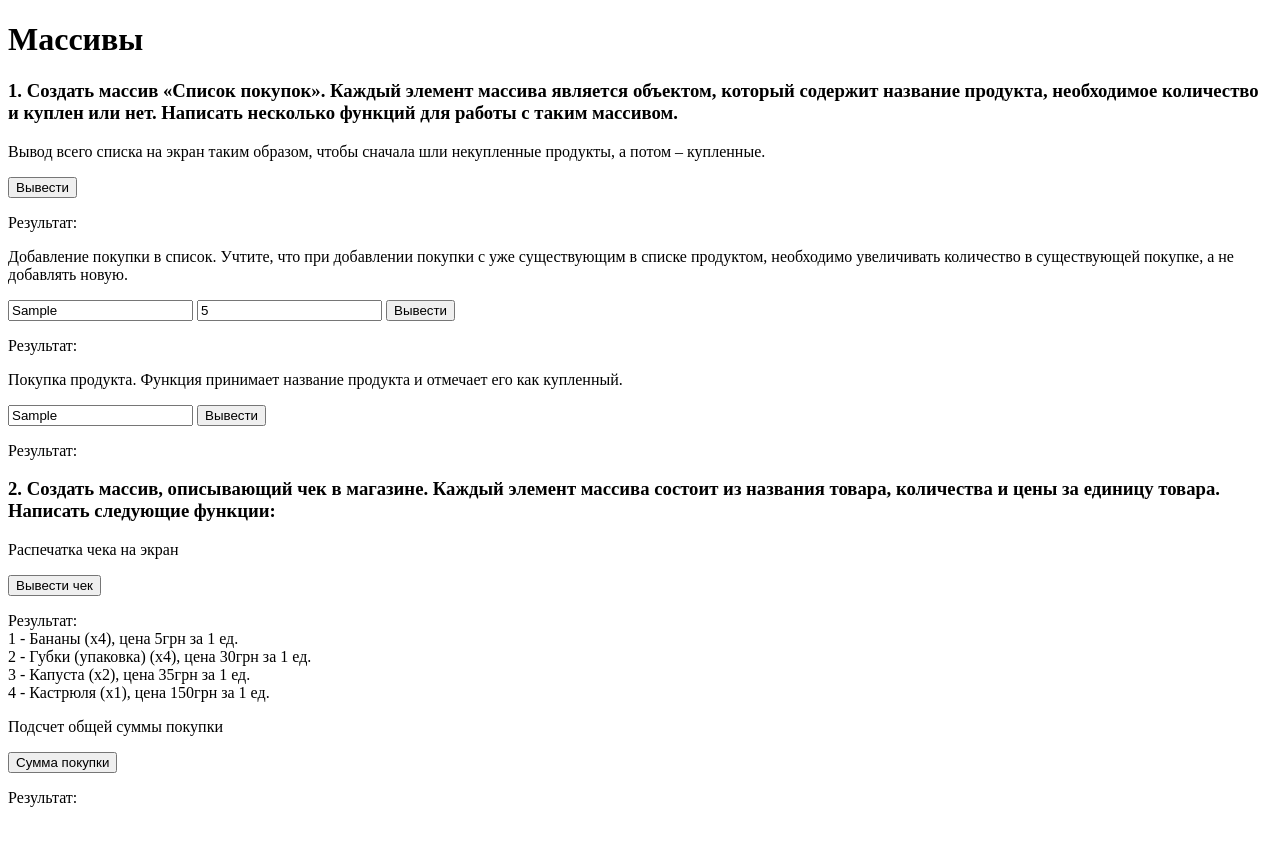
Repository: NastyaGavrilova/Beetroot-js
Page: HW5/index.html
An editor plug-in stored every save of this project. The page is shown before and after the next save, followed by the edit.
The browser window is 1280 px wide. The pictures show the whole page.
Empty fields were first filled with sample values (such as "Sample", 5 or name@example.com).
After loading, the first visible `#js-task2-btn1` was clicked once.

Above is the page before, as saved 2021-10-21 17:56:17.

After the next save:
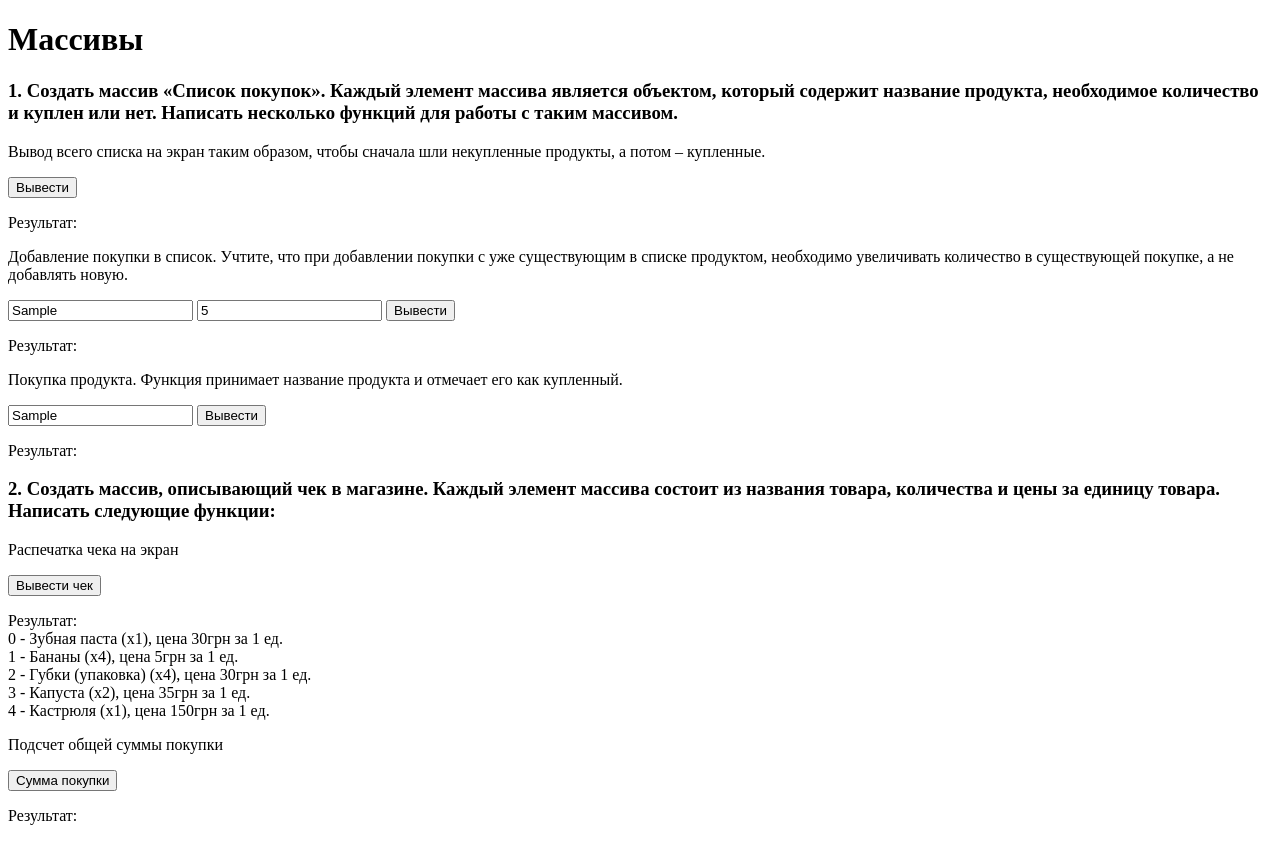
Saved 63 s later.
--- a/HW5/index.js
+++ b/HW5/index.js
@@ -136,7 +136,7 @@ ShopCheck.prototype.toString = function checkToString() {
 };
 let showCheckList = (spanEl) => {
   let str = " ";
-  for (let i = 1; i < shopCheck.length; i++) {
+  for (let i = 0; i < shopCheck.length; i++) {
     if (shopCheck[i] !== undefined)
       str += i + " - " + shopCheck[i].toString() + "<br>";
   }
@@ -145,7 +145,7 @@ let showCheckList = (spanEl) => {
 
 let sumCheck = (spanEl) => {
   let res;
-  for (let i = 1; i < shopCheck.length; i++) {
+  for (let i = 0; i < shopCheck.length; i++) {
     res = shopCheck[i].amount * shopCheck[i].price;
   }
   return (spanEl.innerHTML = res);
